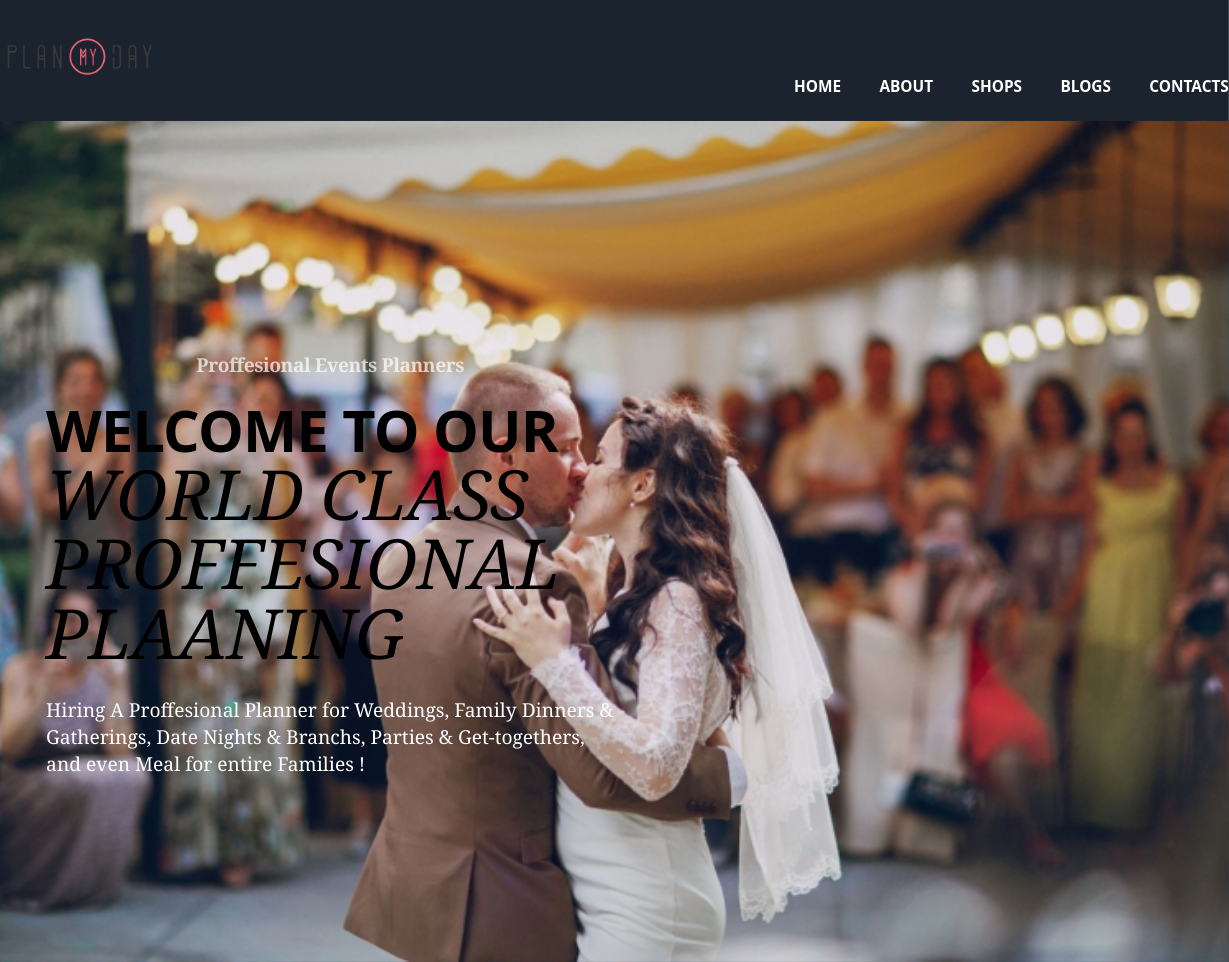
Repository: remydev47/eventsplanner
Page: /
An editor plug-in stored every save of this project. The page is shown before and after the next save, followed by the edit.
The browser window is 1280 px wide. The pictures show the whole page, at 96% of full size.
The project was rebuilt for these pictures with package versions that can differ from the ones it lists, and the page was loaded fresh each time. The framework's server and built-in components were replaced by stand-ins that run in the browser. Also part of the build but not shown: next.config.js, components/Navbar.jsx, sections/Gallery.jsx, sections/Testimonial.jsx, sections/Plan.jsx, sections/Products.jsx, sections/Projects.jsx.

Above is the page before, as saved 2023-01-20 10:49:27.

### app/layout.jsx
import '../styles/globals.css';

export default function RootLayout({ children }) {
  return (
    <html lang="en">
      {/*
        <head /> will contain the components returned by the nearest parent
        head.jsx. Find out more at https://beta.nextjs.org/docs/api-reference/file-conventions/head
      */}
      <head />
      <body>{children}</body>
    </html>
  )
}

### app/page.jsx
import Header from '@/components/Header'
import Navbar from '@/components/Navbar'
import { Hero } from '@/sections'
import Image from 'next/image'


export default function Home() {
  return (
   <div className='bg-primary-black'>
     {/* <Navbar /> */}
     <Header />
     <Hero />
   </div>
  )
}

### components/Header.jsx
'use client';
import React, {useState} from 'react';
import { motion } from "framer-motion";
import { navLinks } from '../constants';
import Logo from './Logo';
import Image from 'next/image';
import { navVariants } from '@/utils/motion';

const Header = () => {
    const [toggle, setToggle] = useState(false)

  return (
  <motion.nav
   variants={navVariants}
   initial="hidden"
   whileInView="show"
   className={`relative`}
  >
    <nav className={styles.container}>
        <Logo />
        <ul
          className={styles.navWrapper}
        >
            {navLinks.map((nav, index) => (
                <li
                 key={nav.id}
                 className={`font-poppins font-bold cursor-pointer text-[16px]
                   ${index === navLinks.length - 1 ? 'mr-0' : 'mr-10'}
                  text-white `}
                >
                    <a href={`#${nav.id}`}>
                        {nav.title}
                    </a>
                </li>
            ))}
        </ul>
        {/* mobile */}
        <div className={styles.mobile}>
            <Image
              src={ toggle ? '/images/close.svg' : '/images/menu.svg'}
              alt='menu'
              width={60}
              height={60}
              className={styles.mobileItem}
              onClick={() => setToggle((prev) => !prev)}
            />
            {/* toggle menu */}
            <motion.nav
              variants={navVariants}
              initial="hidden"
              whileInView="show"
              className={`relative`}
               >
             <div className={`${toggle ? 'flex' : 'hidden'} ${styles.toggleContainer}`}
             >
              <ul
                className={styles.navWrapper2}
              >
                {navLinks.map((nav, index) => (
                    <li
                     key={nav.id}
                     className={` font-bold cursor-pointer text-[16px]
                     mt-2 border-t border-slate-200 py-4 dark:border-slate-600
                     ${index === navLinks.length - 1 ? 'mr-0' : 'mb-4'}
                     text-white `}
                    >
                     <a href={`#${nav.id}`}>
                        {nav.title}
                     </a>
                    </li>
                 ))}
              </ul>
             </div>
            </motion.nav>

        </div>
    </nav>
  </motion.nav>
  )
}

export default Header;

const styles = {
    container:`w-full py-6 justify-between items-center navbar`,
    navWrapper:`list-none sm:flex hidden justify-end items-center flex-1`,
    navWrapper2:`list-none flex flex-col justify-end items-center flex-1`,
    mobile:`sm:hidden flex flex-1 justify-end items-center`,
    mobileItem:`h-[28px] w-[28px] object-contain`,
    toggleContainer:`p-6 bg-primary-black absolute top-20 right-0 mx-4 my-2 min-w-[140px] rounded-xl sidebar`
}

### sections/index.js
import Gallery from "./Gallery";
import Testimonial from "./Testimonial";
import Plan from "./Plan";
import Products from "./Products";
import Projects from "./Projects";
import Hero from "./Hero";

export {
    Gallery, Testimonial, Plan, Products, Projects, Hero
}

### constants/index.js
export const navLinks =[
    {
        id:"home",
        title:"HOME"
    },
    {
        id:"about",
        title:"ABOUT"
    },
    {
        id:"shop",
        title:"SHOPS"
    },

    {
        id:"blog",
        title:"BLOGS"
    },
    {
        id:"contacts",
        title:"CONTACTS"
    },
]

### components/Logo.jsx
'use client';
import Image from "next/image";

const Logo = () => {
  return (
    <div>
        <Image
          alt="events-planner"
          src='/images/logo_black.png'
          width={150}
          height={75}
          className='ml-2 mt-4'
        />
    </div>
  )
}

export default Logo

### utils/motion.js
export const navVariants = {
    hidden: {
      opacity: 0,
      y: -50,
      transition: {
        type: 'spring',
        stiffness: 300,
        damping: 140,
      },
    },
    show: {
      opacity: 1,
      y: 0,
      transition: {
        type: 'spring',
        stiffness: 80,
        delay: 1,
      },
    },
  };

  export const slideIn = (direction, type, delay, duration) => ({
    hidden: {
      x: direction === 'left' ? '-100%' : direction === 'right' ? '100%' : 0,
      y: direction === 'up' ? '100%' : direction === 'down' ? '100%' : 0,
    },
    show: {
      x: 0,
      y: 0,
      transition: {
        type,
        delay,
        duration,
        ease: 'easeOut',
      },
    },
  });

  export const staggerContainer = (staggerChildren, delayChildren) => ({
    hidden: {},
    show: {
      transition: {
        staggerChildren,
        delayChildren,
      },
    },
  });

  export const textVariant = (delay) => ({
    hidden: {
      y: 50,
      opacity: 0,
    },
    show: {
      y: 0,
      opacity: 1,
      transition: {
        type: 'spring',
        duration: 1.25,
        delay,
      },
    },
  });

  export const textContainer = {
    hidden: {
      opacity: 0,
    },
    show: (i = 1) => ({
      opacity: 1,
      transition: { staggerChildren: 0.1, delayChildren: i * 0.1 },
    }),
  };

  export const textVariant2 = {
    hidden: {
      opacity: 0,
      y: 20,
    },
    show: {
      opacity: 1,
      y: 0,
      transition: {
        type: 'tween',
        ease: 'easeIn',
      },
    },
  };

  export const fadeIn = (direction, type, delay, duration) => ({
    hidden: {
      x: direction === 'left' ? 100 : direction === 'right' ? -100 : 0,
      y: direction === 'up' ? 100 : direction === 'down' ? -100 : 0,
      opacity: 0,
    },
    show: {
      x: 0,
      y: 0,
      opacity: 1,
      transition: {
        type,
        delay,
        duration,
        ease: 'easeOut',
      },
    },
  });

  export const planetVariants = (direction) => ({
    hidden: {
      x: direction === 'left' ? '-100%' : '100%',
      rotate: 120,
    },
    show: {
      x: 0,
      rotate: 0,
      transition: {
        type: 'spring',
        duration: 1.8,
        delay: 0.5,
      },
    },
  });

  export const zoomIn = (delay, duration) => ({
    hidden: {
      scale: 0,
      opacity: 0,
    },
    show: {
      scale: 1,
      opacity: 1,
      transition: {
        type: 'tween',
        delay,
        duration,
        ease: 'easeOut',
      },
    },
  });

  export const footerVariants = {
    hidden: {
      opacity: 0,
      y: 50,
      transition: {
        type: 'spring',
        stiffness: 300,
        damping: 140,
      },
    },
    show: {
      opacity: 1,
      y: 0,
      transition: {
        type: 'spring',
        stiffness: 80,
        delay: 0.5,
      },
    },
  };

### sections/Hero.jsx
'use client';
import { slideIn } from "@/utils/motion";
import { motion } from "framer-motion";

const Hero = () => {
    return(
    <section className='relative pt-48 pb-12 xl:pt-60 sm:pb-16 lg:pb-32 xl:pb-48 2xl:pb-56'>
        <motion.div
          variants={slideIn('right', 'tween', 0.2, 1)}
         >
          <div className="absolute inset-0">
           <img className="object-cover w-full h-full" src="/images/hero.jpg" alt="" />
          </div>
        </motion.div>

     <div className='relative'>
       <div className="px-6 mx-auto sm:px-8 lg:px-12 max-w-7xl">
        <div className="w-full lg:w-2/3 xl:w-1/2">
         <h1 className="font-serif text-xl font-bold tracking-tight text-white text-opacity-70 text-center">Proffesional Events Planners</h1>
          <p className="mt-6 tracking-tighter text-[#000]">
            <span className="font-sans font-bold text-6xl">WELCOME TO OUR </span><br />
            <span className="font-serif italic font-BOLD text-7xl">WORLD CLASS PROFFESIONAL PLAANING</span>
         </p>
         <p className="mt-8 font-erif text-xl font-serif text-[#fff]">
          Hiring A Proffesional Planner for Weddings, Family Dinners & Gatherings, Date Nights & Branchs, Parties & Get-togethers, and even Meal for entire Families !
         </p>
        </div>
      </div>
     </div>
     </section>
    )
}

export default Hero;

Loaded but not shown: styles/globals.css (common file); tailwind.config.js (common file)

After the next save:
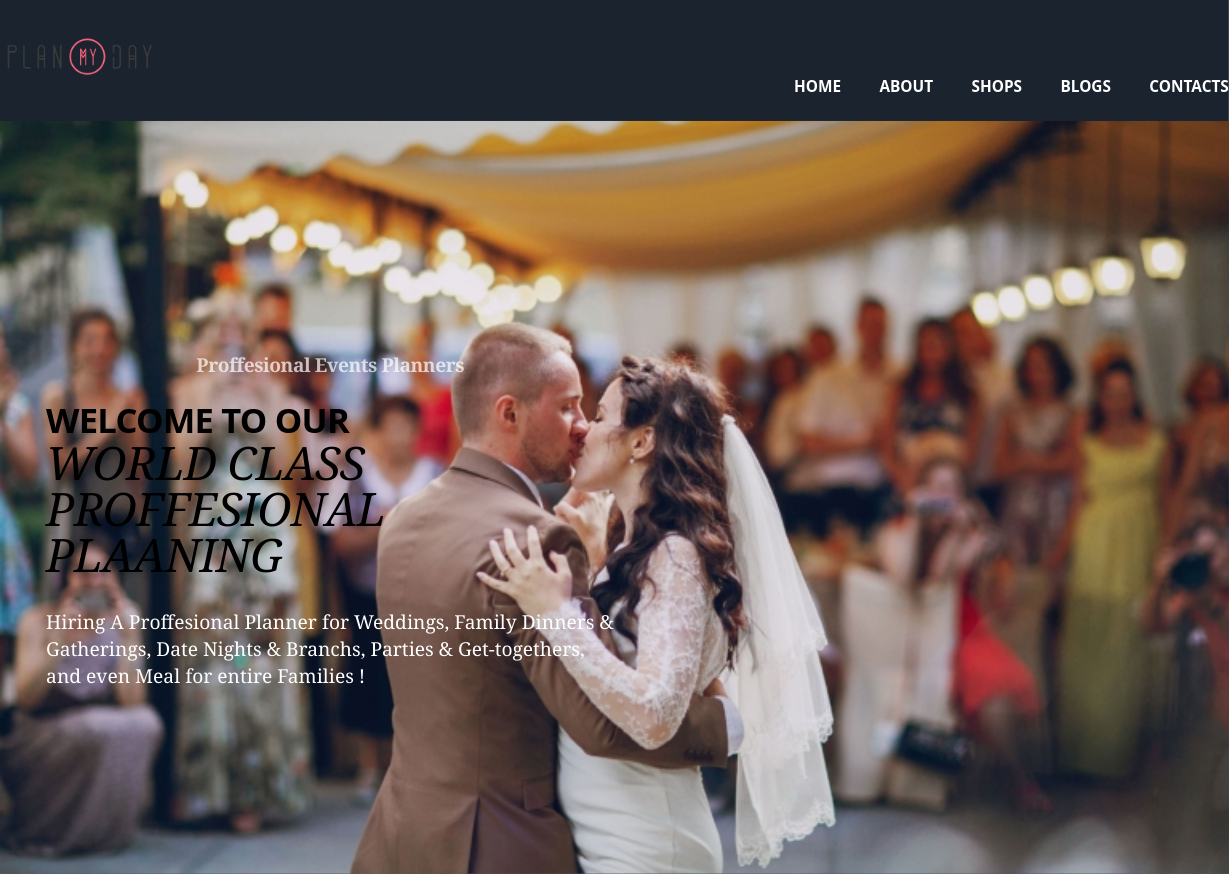
Saved 114 s later.
--- a/sections/Hero.jsx
+++ b/sections/Hero.jsx
@@ -18,8 +18,8 @@
         <div className="w-full lg:w-2/3 xl:w-1/2">
          <h1 className="font-serif text-xl font-bold tracking-tight text-white text-opacity-70 text-center">Proffesional Events Planners</h1>
           <p className="mt-6 tracking-tighter text-[#000]">
-            <span className="font-sans font-bold text-6xl">WELCOME TO OUR </span><br />
-            <span className="font-serif italic font-BOLD text-7xl">WORLD CLASS PROFFESIONAL PLAANING</span>
+            <span className="font-sans font-bold text-4xl">WELCOME TO OUR </span><br />
+            <span className="font-serif italic font-BOLD text-5xl">WORLD CLASS PROFFESIONAL PLAANING</span>
          </p>
          <p className="mt-8 font-erif text-xl font-serif text-[#fff]">
           Hiring A Proffesional Planner for Weddings, Family Dinners & Gatherings, Date Nights & Branchs, Parties & Get-togethers, and even Meal for entire Families !
